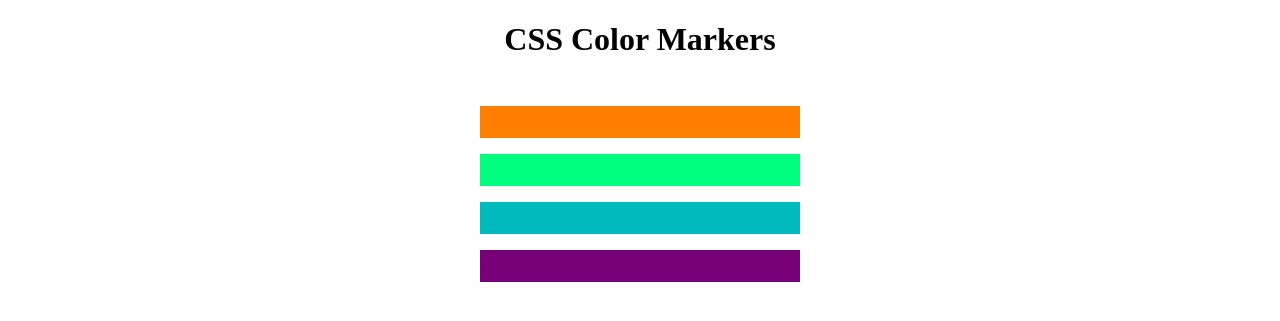
Repository: Lungdjos/color_markers
Page: index.html
The author's editor kept a copy of each file at every save. The page is drawn from the files as they stood at one save, then again after the next save.
The browser window is 1280 px wide. The pictures show the whole page.

Above is the page before, as saved 2023-09-14 18:36:28.

After the next save:
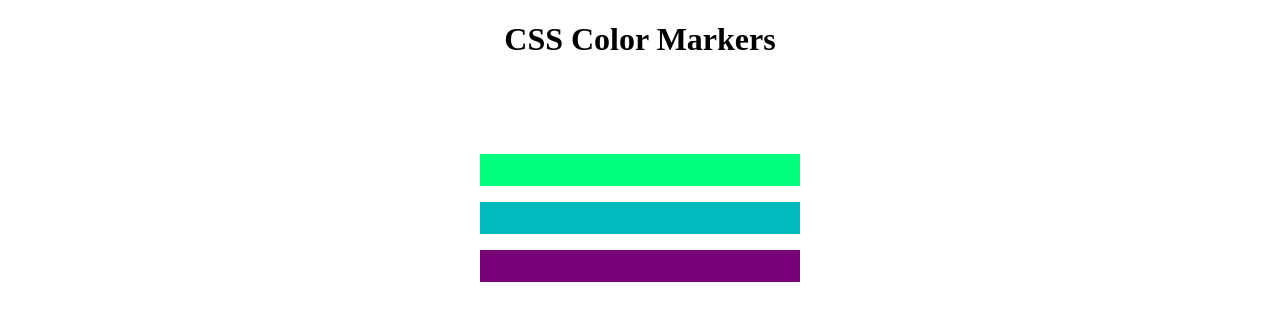
Saved 3 min 42 s later.
--- a/styles.css
+++ b/styles.css
@@ -12,7 +12,7 @@
 }
 
 .orange {
-    background: rgb(255, 127, 0);
+    background: li;
 }
 
 .green {
